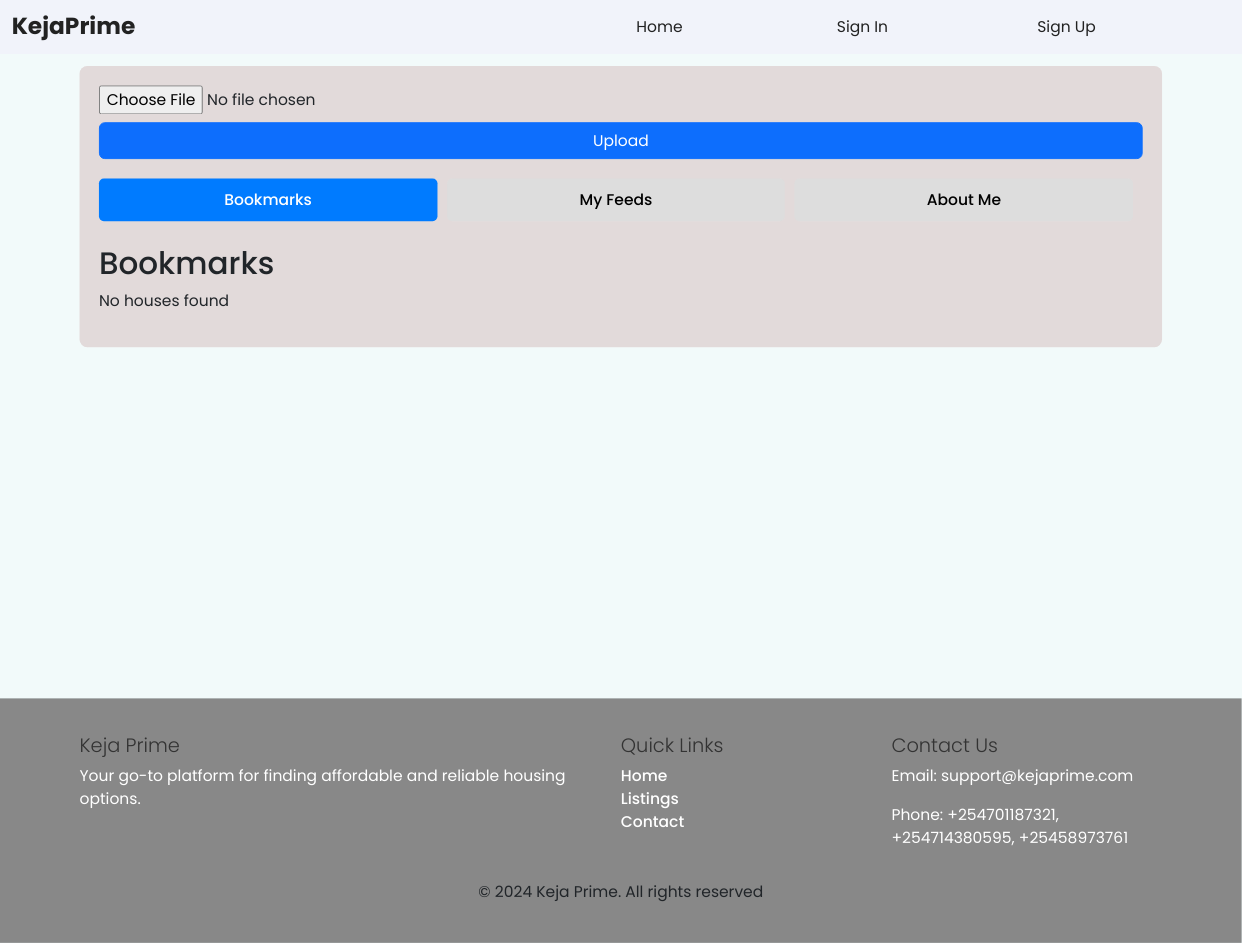
Repository: Pascal7601/kejaPrime
Page: /profile (app in frontend/)
These files come from the project's save history. The page is drawn as it stood at one moment and after the next save; the edit follows.
The browser window is 1280 px wide. The pictures show the whole page, at 97% of full size.
The page's requests for data from a server got no answer. The project was rebuilt for these pictures with package versions that can differ from the ones it lists, and the page was loaded fresh each time. No one was signed in, and anything a server would have sent is missing. Also part of the build but not shown: frontend/vite.config.js, frontend/src/styles/HeroSection.css, frontend/src/components/HeroSection.jsx, frontend/src/pages/Home.jsx, frontend/src/components/Houses.jsx, frontend/src/pages/Listings.jsx, frontend/src/styles/PostHouse.css, frontend/src/pages/PostHouse.jsx and 10 more.

Above is the page before, as saved 2024-10-22 11:34:06.

### frontend/index.html
<!doctype html>
<html lang="en">
  <head>
    <meta charset="UTF-8" />
    <link rel="icon" type="image/svg+xml" href="/vite.svg" />
    <meta name="viewport" content="width=device-width, initial-scale=1.0" />
    <script src="https://cdn.jsdelivr.net/npm/@popperjs/core@2.11.6/dist/umd/popper.min.js"></script>
    <script src="https://cdn.jsdelivr.net/npm/bootstrap@5.2.0/dist/js/bootstrap.bundle.min.js"></script>
    <link rel="preconnect" href="https://fonts.googleapis.com">
    <link rel="preconnect" href="https://fonts.gstatic.com" crossorigin>
    <link href="https://fonts.googleapis.com/css2?family=Poppins:ital,wght@0,100;0,200;0,300;0,400;0,500;0,600;0,700;0,800;0,900;1,100;1,200;1,300;1,400;1,500;1,600;1,700;1,800;1,900&display=swap" rel="stylesheet">
    <title>KejaPrime</title>
  </head>
  <body>
    <div id="root"></div>
    <script type="module" src="/src/main.jsx"></script>
  </body>
</html>

### frontend/src/App.jsx
import React from 'react';
import { BrowserRouter as Router, Route, Routes } from 'react-router-dom';
import { AuthProvider } from './utils/AuthContext';
import Home from './pages/Home';
import Listings from './pages/Listings';
import ProfilePage from './pages/ProfilePage';
import SignUp from './components/SignUp';
import FeedsPage from './pages/FeedsPage'
import PostHouse from './pages/PostHouse';
import SignIn from './components/SignIn';
import Dashboard from './components/Dashboard';

import './App.css';

function App() {

  return (
    <AuthProvider>
      <Router>
            <Routes>
              <Route path="/Sign-up" element={<SignUp />} />
              <Route path="/Sign-in" element={<SignIn />} />
              <Route path="/" element={<Home />} />
              <Route path="/home" element={<Home />} />
              <Route path="/dashboard" element={<Dashboard />} />
              <Route path="/feeds" element={<FeedsPage />} />
              <Route path="/listings" element={<Listings />} />
              <Route path="/profile" element={<ProfilePage />} />
              <Route path="/post-house" element={<PostHouse />} />
            </Routes>
      </Router>
    </AuthProvider>
  );
}

export default App

### frontend/src/pages/ProfilePage.jsx
import React from 'react';
import Profile from "../components/Profile";
import "../styles/ProfilePage.css";

const ProfilePage = () => {
	return (
		<>
			<Profile />
		</>
	);
}

export default ProfilePage;

### frontend/src/App.css
@import url('https://fonts.googleapis.com/css2?family=Poppins:ital,wght@0,100;0,200;0,300;0,400;0,500;0,600;0,700;0,800;0,900;1,100;1,200;1,300;1,400;1,500;1,600;1,700;1,800;1,900&display=swap');
*{
	font-family: "Poppins", sans-serif;
	margin: 0;
	padding: 0;
	width: 100%;
	box-sizing: border-box;
}

body {
	margin: 0;
	font-family: "Poppins", sans-serif;
	width: 100%;
	background-color: rgb(229, 245, 245);
}

### frontend/src/components/Footer.jsx
import React from 'react'
import 'bootstrap/dist/css/bootstrap.min.css';
import '../styles/Footer.css';

const Footer = () => {
	const currentYear = new Date().getFullYear();
  return (
	<footer className='footer py-4'>
		<div className='container'>
			<div className='row'>
				<div className='col-md-6'>
					<h5 className='footer-title'>Keja Prime</h5>
					<p className='footer-description'>
					Your go-to platform for finding affordable and reliable housing options.
					</p>
				</div>
				<div className="col-md-3">
					<h5 className="footer-links-title">Quick Links</h5>
            		<ul className="list-unstyled">
						<li><a href="/" className="text-white">Home</a></li>
              			<li><a href="/listings" className="text-white">Listings</a></li>
              			<li><a href="/contact" className="text-white">Contact</a></li>
            		</ul>
				</div>
				<div className='col-md-3'>
					<h5 className='footer-contact-title'> Contact Us</h5>
					<p>Email: support@kejaprime.com</p>
					<p>Phone: +254701187321, +254714380595, +25458973761</p>
				</div>
			</div>
			<div className='text-center mt-3'>
				<p className='text-dark'>&copy; {currentYear} Keja Prime. All rights reserved</p>
			</div>
		</div>
	</footer>
  );
};

export default Footer;

### frontend/src/styles/Footer.css
.footer{
	background: #4ea685;
	color: #222222;
}

### frontend/src/components/Profile.jsx
import React, { useEffect, useState } from 'react';
import axios from 'axios';
import Footer from "../components/Footer";
import Navbar from '../components/Navbar';
import PostHouse from '../pages/PostHouse';
import 'bootstrap/dist/css/bootstrap.min.css';
import '../styles/Profile.css';

function Profile() {
  const [profile, setProfile] = useState(null);
  const [profilePic, setProfilePic] = useState(null);
  const [preview, setPreview] = useState(null);
  const [userType, setUserType] = useState(false);
  const [houses, setHouses] = useState([]);
  const [feeds, setFeeds] = useState([]); // State for tenant's feeds
  const [loading, setLoading] = useState(true);
  const [savedHouses, setSavedHouses] = useState([]);
  const [activeTab, setActiveTab] = useState('houses');
  const [isFormVisible, setIsFormVisible] = useState(false);

  useEffect(() => {
    async function fetchProfile() {
      try {
        const token = localStorage.getItem('access_token');
        const config = {
          headers: { Authorization: `Bearer ${token}` },
        };

        const profileRes = await axios.get('http://localhost:8000/api/v1/users/profile', config);
        const isLandlord = profileRes.data.is_landlord;
        console.log(profileRes.data.id);
        setUserType(isLandlord);
        setProfile(profileRes.data);

        const userId = profileRes.data.id;

        if (isLandlord) {
          // Fetch posted houses
          const postedHousesRes = await axios.get(`http://localhost:8000/api/v1/properties/${userId}`);
          const housesWithImages = await Promise.all(
            postedHousesRes.data.map(async (house) => {
              try {
                const imageRes = await axios.get(`http://localhost:8000/api/v1/properties/${house.id}/images`);
                const img = imageRes.data.length > 0 ? imageRes.data[0].image_url : null;
                return { ...house, imageUrl: img };
              } catch (error) {
                console.warn(`Image not found for house ${house.id}`);
                return { ...house, imageUrl: null };
              }
            })
          );
          setHouses(housesWithImages);
        } else {
          //Fetch Bookmarks
          const savedHousesRes = await axios.get('http://localhost:8000/api/v1/bookmarks/', config);
          // console.log(savedHousesRes.data);
          const savedHousesData = savedHousesRes.data.bookmarks;

        // Separate feeds and properties
        const savedFeeds = savedHousesData
          .filter(bookmark => bookmark.feed) // Get only feeds
          .map(bookmark => bookmark.feed);
          // console.log(savedFeeds[0]);  // Extract feed data

        const savedProperties = savedHousesData
          .filter(bookmark => bookmark.property) // Get only properties
          .map(bookmark => bookmark.property);   // Extract property data

          const feedsWithImages = await Promise.all(
            savedFeeds.map(async (feed) => {
              try {
                const feedRes = await axios.get(`http://localhost:8000/api/v1/feeds/${feed.id}`);
                console.log(feedRes.data[0].images[0].image_url);
                const img = feedRes.data[0].images[0].image_url;
                return { ...feed, imageUrl: img };
              } catch (error) {
                console.warn(`Image not found for feed ${feed.id}`);
                return { ...feed, imageUrl: null };
              }
            })
          );

          // Fetch images for properties
          const propertiesWithImages = await Promise.all(
            savedProperties.map(async (property) => {
              try {
                const imageRes = await axios.get(`http://localhost:8000/api/v1/properties/${property.id}/images`, config);
                const img = imageRes.data.length > 0 ? imageRes.data[0].image_url : null;
                return { ...property, imageUrl: img };
              } catch (error) {
                console.warn(`Image not found for property ${property.id}`);
                return { ...property, imageUrl: null };
              }
            })
          );

          // Combine feeds and properties into the `houses` state
          const combinedSavedHouses = [...feedsWithImages, ...propertiesWithImages];
          setHouses(combinedSavedHouses); // Update houses with both feeds and properties


        // Track saved house IDs for both feeds and properties
        const savedHouseIds = combinedSavedHouses.map(house => house.id);
        setSavedHouses(savedHouseIds); // Track Bookmarks by ID

        // Fetch tenant's feeds
          const tenantFeedsRes = await axios.get(`http://localhost:8000/api/v1/feeds/me`, config);
          console.log(tenantFeedsRes.data);
          setFeeds(tenantFeedsRes.data);
        }
      } catch (error) {
        console.error('Error fetching profile data', error);
      } finally {
        setLoading(false);
      }
    }

    fetchProfile();
  }, []);

  const handleTabChange = (tab) => {
    setActiveTab(tab);  // Change active tab
  };

  const handleSaveHouse = async (houseId) => {
    const isSaved = savedHouses.includes(houseId);
    if (!isSaved) {
      try {
        const token = localStorage.getItem('access_token');
        const config = {
          headers: { Authorization: `Bearer ${token}` },
        };

        await axios.post(`http://localhost:8000/api/v1/houses/save`, { houseId }, config);
        setSavedHouses(prevSavedHouses => [...prevSavedHouses, houseId]);

        // Optionally, refetch the Bookmarks to update the UI
        const savedHousesRes = await axios.get('http://localhost:8000/api/v1/houses/saved', config);
        setHouses(savedHousesRes.data);
        console.log('House saved successfully');
      } catch (err) {

        console.error('Error saving house:', err);
      }
    }
  };
  const toggleFormVisibility = () => {
    setIsFormVisible(!isFormVisible);
  };
  const handleFileChange = () => {
    const file = e.target.files[0];
    if (file) {
      setProfilePic(file);
      const fileURL = URL.createObjectURL(file);
      setPreview(fileURL);
    }
  };

  const handleFileUpload = async () => {
    if (profilePic) {
      const formData = new FormData();
      formData.append('profile_pic', profilePic);
      try {
        const token = localStorage.getItem('access_token');
        const config = {
          headers: {
            Authorization: `Bearer ${token}`,
            'Content-Type': 'multipart/form-data',
          },
        };
        await axios.post('http://localhost:8000/api/v1/users/profile-pic', formData, config);
        alert('Profile picture updated successfully');
      } catch (err) {
        console.error('Error uploading profile picture:', err);
      }
    }
  };

  const renderHouseImage = (imageUrl, title) => {
    const src = imageUrl ? `http://localhost:8000/${imageUrl}` : "/path/to/placeholder.jpg";
    const altText = imageUrl ? title : "No image available";
    return <img src={src} alt={altText} className="house-image" />;
  };

  if (loading) {
    return <div>Loading...</div>;
  }

  return (
    <>
    <Navbar />
    <div className={`profile-page ${!userType ? 'tenant-view' : ''}`}>
      <div className={`container my-5 profile-container ${userType ? 'landlord-layout' : 'tenant-layout'}`}>
        {/* Left Side Panel (For Landlords) */}
        <div className='left-panel'>
          {userType && (
            <>
              <h4 onClick={toggleFormVisibility} className='toggle-button'>
                {isFormVisible ? 'Hide Form' : 'Post a House'}
              </h4>
              {isFormVisible && <PostHouse />}
            </>
          )}
        </div>
        {/* Right Side Content */}
        <div className={`right-panel ${!userType ? 'full-width' : ''}`}>
          <div className="profile-header">
            <div className='profile-picture-container'>
              {preview ? (
                <img src={preview} alt="Profile Preview" className="img-fluid rounded-circle" />
              ) : (
                <div>

                </div>
              )}
              <input type="file" onChange={handleFileChange} />
              <button onClick={handleFileUpload} className="btn btn-primary mt-2">Upload</button>
            </div>
          </div>
          {/* Navigation Tabs */}
          <div className="profile-tabs mb-4">
            <button
              className={`tab-button ${activeTab === 'houses' ? 'active' : ''}`}
              onClick={() => handleTabChange('houses')}
            >
              {userType ? 'Posted Houses' : 'Bookmarks'}
            </button>
            {!userType && (
              <button
                className={`tab-button ${activeTab === 'feeds' ? 'active' : ''}`}
                onClick={() => handleTabChange('feeds')}
              >
                My Feeds
              </button>
            )}
            <button
              className={`tab-button ${activeTab === 'about' ? 'active' : ''}`}
              onClick={() => handleTabChange('about')}
            >
              About Me
            </button>
          </div>
          {/* Tab Content */}
          <div className="tab-content">
            {activeTab === 'houses' && (
              <div className="houses-section">
                <h2>{userType ? 'Posted Houses' : 'Bookmarks'}</h2>
                <div className="house-list">
                  {houses.length === 0 ? (
                    <p>No houses found</p>
                  ) : (
                    houses.map(house => (
                      <div key={house.id} className="house-item">
                        <div className='card'>
                          {renderHouseImage(house.imageUrl, house.description)}
                          <div className='card-body'>
                            <h3 className='card-title'>{house.title || house.description}</h3>
                            <p className='card-text'>{house.description}</p>
                            <p className='card-text fw-bold'>Location: {house.location}</p>
                            {!userType && (
                              <button onClick={() => handleSaveHouse(house.id)} className="btn btn-primary">
                                {savedHouses.includes(house.id) ? 'Saved' : 'Save'}
                              </button>
                            )}
                          </div>
                        </div>
                      </div>
                    ))
                  )}
                </div>
              </div>
            )}
            {!userType && activeTab === 'feeds' && (
              <div className="feeds-section">
                <h2>My Feeds</h2>
                <div className="feed-list">
                  {feeds.length === 0 ? (
                    <p>No feeds found</p>
                  ) : (
                    feeds.map(feed => (
                      <div key={feed.id} className="feed-item">
                        <img src={`http://localhost:8000/${feed.images[0].image_url}`} alt={feed.description} className="feed-image" />
                        <p>{feed.description}</p>
                        <p>{feed.location}</p>
                      </div>
                    ))
                  )}
                </div>
              </div>
            )}
            {activeTab === 'about' && (
              <div className="profile-about">
                <h4>About Me</h4>
                {profile && (
                  <div>
                    <p>Name: {profile.username}</p>
                    <p>Email: {profile.email}</p>
                    <p>Status: {profile.is_landlord ? "Landlord" : "Tenant"}</p>
                    <p>Location: {profile.location}</p>
                  </div>
                )}
              </div>
            )}
          </div>
        </div>
      </div>
    </div>
    <Footer />
    </>
  );
}

export default Profile;

### frontend/src/styles/FeedsPage.css
@import url('https://fonts.googleapis.com/css2?family=Poppins:ital,wght@0,100;0,200;0,300;0,400;0,500;0,600;0,700;0,800;0,900;1,100;1,200;1,300;1,400;1,500;1,600;1,700;1,800;1,900&display=swap');
.right-side::-webkit-scrollbar {
    display: none;
}
body {
    -ms-overflow-style: none;
    scrollbar-width: none;
}
.feeds-page {
	height: 100vh;
	overflow: hidden;
}
.right-side{
	width:60%;
	margin-top: 60px;
	display: flex;
  	justify-content: center;
	text-align: center;
	border: 1px solid red;
	padding-bottom: 20px;
}

.row {
height: 100%;
}

.create-feed {
	position: fixed;
	background-color: #F1F3FA;
	top: 28%;
	width: 100%;
	max-width: 550px;
	z-index: 1;
}
.right-side {
	overflow-y: auto;
	height: 100%;
	background: radial-gradient(circle, #4ea685, #3e8f70);
	padding-bottom:20px;
	text-align: center;
}
.feed-item {
	position: relative;
	border: 1px solid #ddd;
	border-radius: 8px;
	background-color: #fff;
	padding: 10px;
	margin-bottom: 15px;
}
.feed-item {
	display: flex;
  	justify-content: center;
	text-align: center;
	width: 70%;
	margin-left: 80px;
}

.feed-img {
	max-width: 100%;
	background-size: cover;
	height: 400px;
	border-radius: 5px;
}
.btn1{
	color: #fff;
	background-color: #4ea685;
	border: none;
	max-width: 100px;
	font-weight: 200;
}
.form-control{
	border: none;
}
h5{
	font-weight: 300;
	color: #333;
}
.creat{
	font-weight: 500;
	color: #4ea685;
	margin-bottom: 20px;
}
/*-----Bookmark-------*/
.bookmark-btn {
	position: absolute;
	top: 10px;
	right: 10px;
	background-color: rgba(0, 0, 0, 0.5);
	color: #fff;
	border: none;
	padding: 8px 12px;
	cursor: pointer;
	border-radius: 5px;
	font-size: 14px;
}

.bookmark-btn:hover {
	background-color: rgba(0, 0, 0, 0.7);
}


@media (max-width: 768px) {
	.right-side {
	  width: 100%;
	  margin-top: 100px;
	}
	.create-feed{
		display: none;
	}
	.left-side{
		display: flex;
		flex-direction: column;
		gap: 10px;
		width: 100%;
	}
}
@media (max-width: 480px) {
	.house-row {
	  grid-template-columns: 1fr;
	}
	.left-side{
		display: flex;
		flex-direction: row;
		flex-wrap: wrap;
		gap: 10px;
		width: 100%;
	}
	.create-feed{
		display: none;
	}
}

### frontend/src/styles/Navbar.css
nav ul {
	list-style-type: none;
	margin: 0;
	padding: 0;
	justify-content: flex-end;
  }
.nav-item1 {
	padding-top: 10px;
	border: 1px solid red;
}
  nav ul li a {
	text-decoration: none;
	color: #333;
	font-weight: bold;
  }

  nav h1 {
	display: inline-block;
	margin: 0;
	font-size: 24px;
	font-weight: bold;
  }
  h1 span {
}
.custom-navbar {
	background-color: #F1F3FA;
	color: #222222;
}

.custom-navbar .navbar-nav .nav-link {
	color: #222222;
}

  .custom-navbar .navbar-brand {
	color: #222222;

  }

  .custom-navbar .navbar-toggler-icon {
	filter: brightness(100%);
  }

  .custom-navbar .navbar-nav .nav-link:hover {
	color: #4ea685;
  }

  .custom-navbar .btn-link {
	color: #ffffff;
  }

### frontend/src/styles/Houses.css
@import url('https://fonts.googleapis.com/css2?family=Poppins:ital,wght@0,100;0,200;0,300;0,400;0,500;0,600;0,700;0,800;0,900;1,100;1,200;1,300;1,400;1,500;1,600;1,700;1,800;1,900&display=swap');
body, html {
	margin: 0;
	padding: 0;
	box-sizing: border-box;
	font-family: "Poppins", sans-serif;
	width: 100%;
}
.houses-container {
	display: flex;
	flex-direction: column;
	align-items: center;
	padding: 1.5rem;
	margin-top: 50px;
	width: 100%;

}

.house-row{
	display: grid;
	grid-template-columns: repeat(auto-fill, minmax(250px, 1fr));
	gap: 1rem;
	width: 100%;

}

.house-card {
	background-color: #F1F3FA;
	padding: 10px;
	border-radius: 8px;
	margin: 0 10px;
	box-shadow: 0 4px 6px rgba(0, 0, 0, 0.1);
	transition: transform 0.2s ease-in-out;
  	flex-direction: column;

}

.house-card:hover {
	transform: translateY(-5px);
}

.house-image {
	width: 100%;
	object-fit: cover;
	border-top-left-radius: 8px;
	border-top-right-radius: 8px;
}

.house-info {
	padding: 1.5rem;
}

h5 {
	margin-top: 12px;
	font-weight: 400;
	color: #003b95;
	margin-bottom: 0.5rem;
}
.price{
	color: #003b95;
}

strong {
	font-weight: bold;
}
.location-icon {
	margin-right: 5px;
	margin-left: 5px;
	width: 10%;
	color: #e0354b;
 	align-items: center;
	margin: 0;
}
.icon-locator{
	display: flex;

}
.price{
	color: #498862;
	font-weight: 700;
	font-size: 16px;
}

.p{
	font-size: 14px;
	color: #060b20;
	margin: 0;
	line-height: 1.5;
	font-weight: 300;
}

.filter-bar {
	display: flex;
	justify-content: space-between;
	margin-bottom: 20px;
}

.filter-bar input,
.filter-bar button {
	padding: 5px 10px;
	font-size: 16px;
}
.save-button {
	border: 1px solid red;
}
@media (max-width: 768px) {
	.house-row {
	  grid-template-columns: repeat(auto-fill, minmax(200px, 1fr));
	}
}
@media (max-width: 480px) {
	.house-row {
	  grid-template-columns: 1fr;
	}
}

Loaded but not shown: frontend/src/main.jsx (common file); frontend/src/index.css (common file); frontend/src/components/Navbar.jsx (121 lines, source omitted); frontend/src/styles/Profile.css (182 lines, source omitted); frontend/src/utils/AuthContext.jsx (100 lines, source omitted); frontend/src/styles/HomePage.css (139 lines, source omitted); frontend/src/styles/ProfilePage.css (no stored copy; drawn as an empty file)

After the next save:
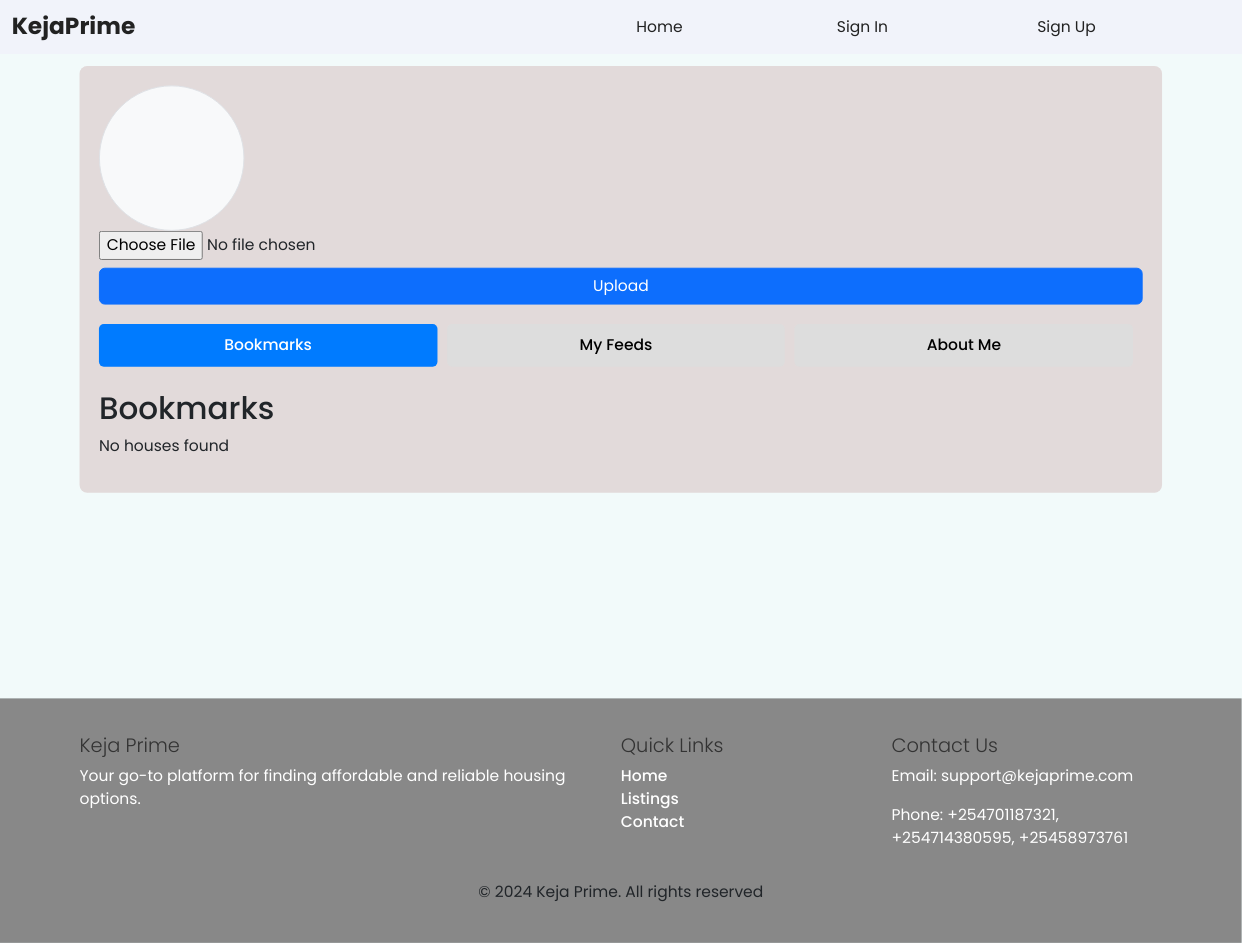
Saved 20 s later.
--- a/frontend/src/components/Profile.jsx
+++ b/frontend/src/components/Profile.jsx
@@ -209,7 +209,7 @@ function Profile() {
               {preview ? (
                 <img src={preview} alt="Profile Preview" className="img-fluid rounded-circle" />
               ) : (
-                <div>
+                <div className='profile-picture-placeholder border rounded-circle p-5 bg-light'>
 
                 </div>
               )}
